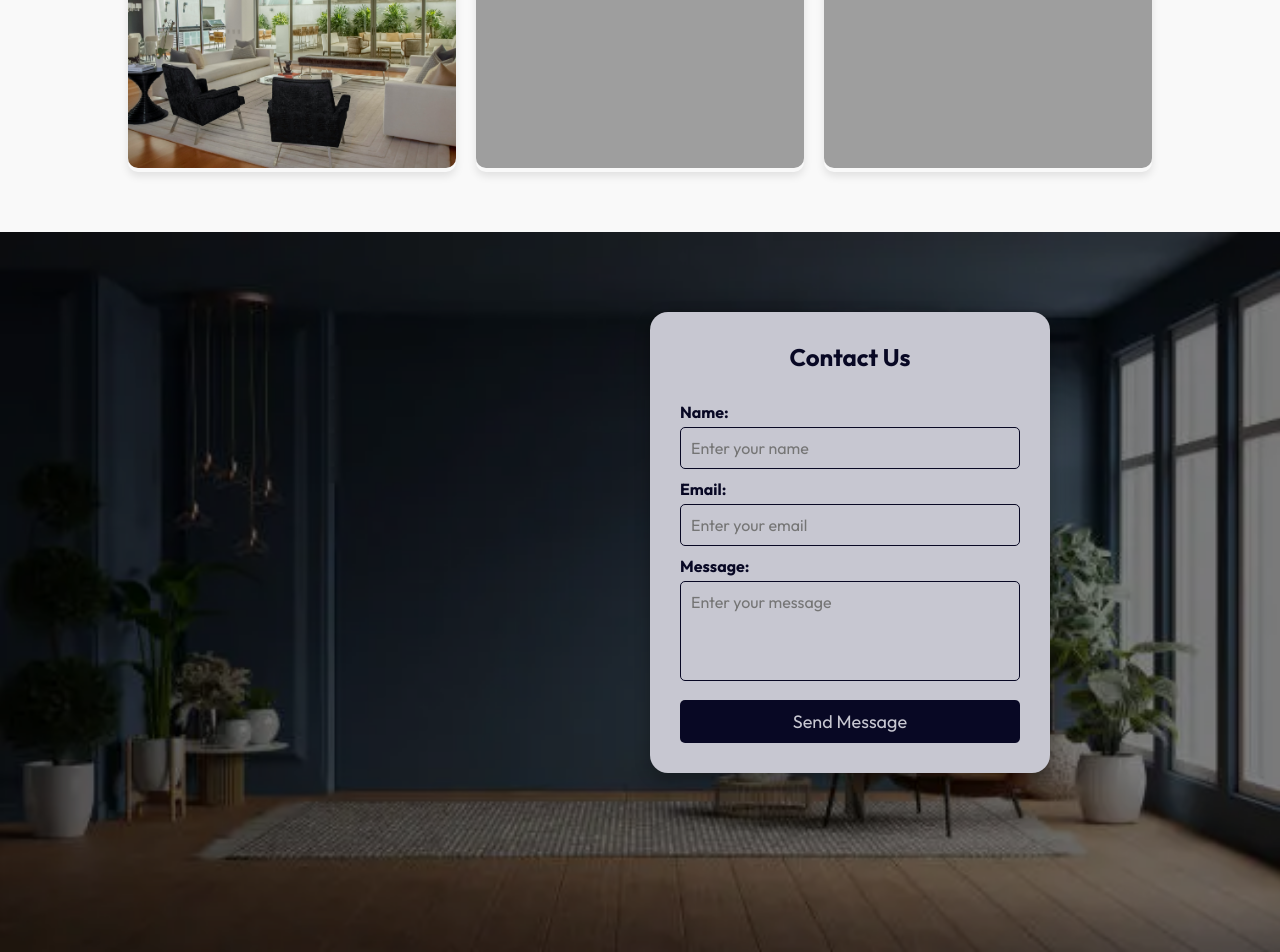
Repository: TechProjectss/Portfolio
Page: / (app in Merajweb/)
These files come from the project's save history. The page is drawn as it stood at one moment and after the next save; the edit follows.
The browser window is 1280 px wide. The pictures show the part of the page from y = 2747 to 3699 px (the page is 3699 px tall).
Pictures or frames that could not be fetched are drawn as grey boxes. The project was rebuilt for these pictures with package versions that can differ from the ones it lists, and the page was loaded fresh each time. Also part of the build but not shown: Merajweb/vite.config.js.

Above is the page before, as saved 2025-02-26 12:33:42.

After the next save:
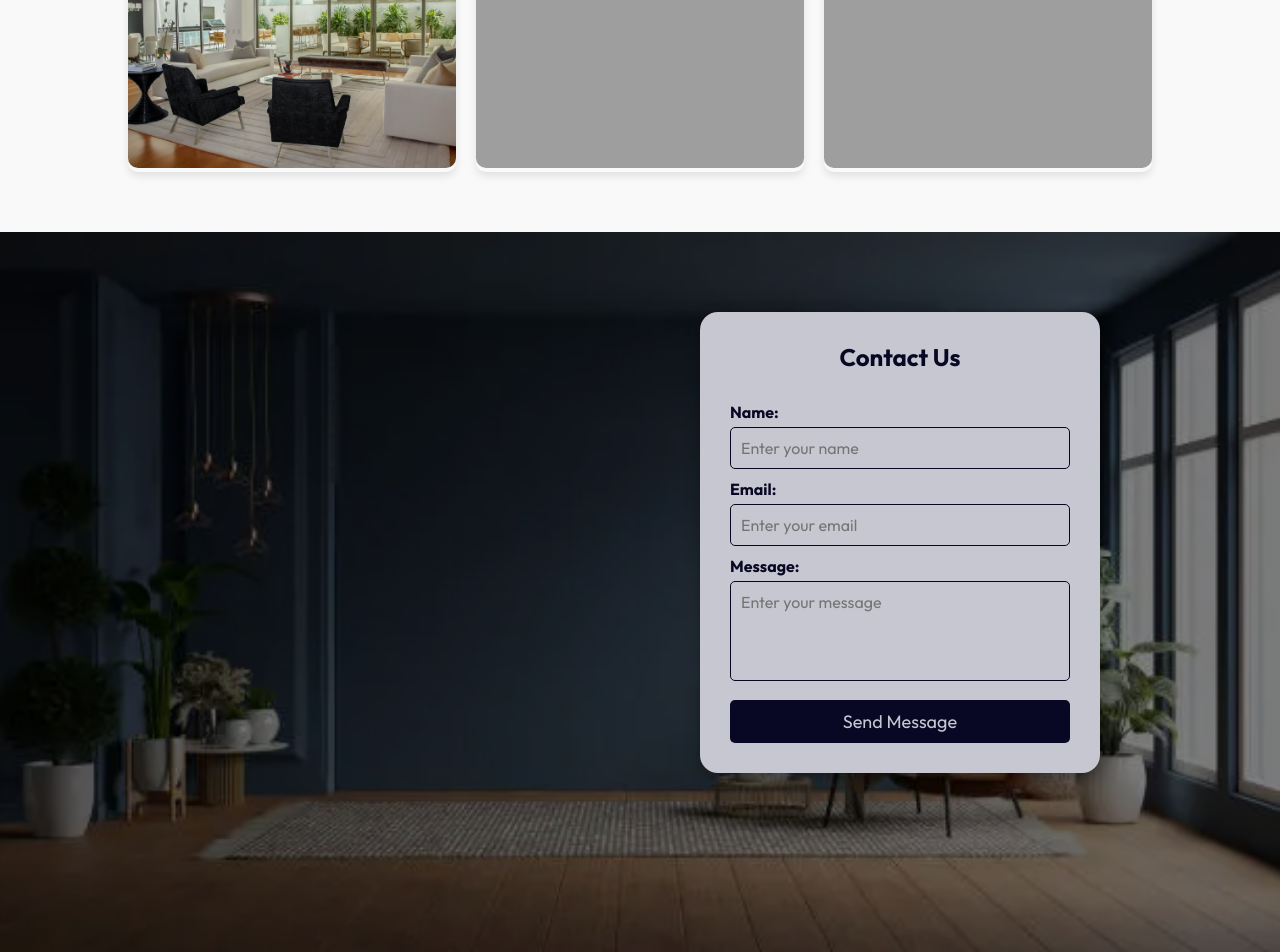
Saved 10 s later.
--- a/Merajweb/src/components/Contact/Contact.css
+++ b/Merajweb/src/components/Contact/Contact.css
@@ -28,7 +28,7 @@
     border-radius: 18px;
     position: relative;
     z-index: 2;
-    margin-left:650px;
+    margin-left:700px;
     margin-top: 80px;
     box-shadow: 0px 5px 15px rgba(0, 0, 0, 0.3);
     display: flex;
